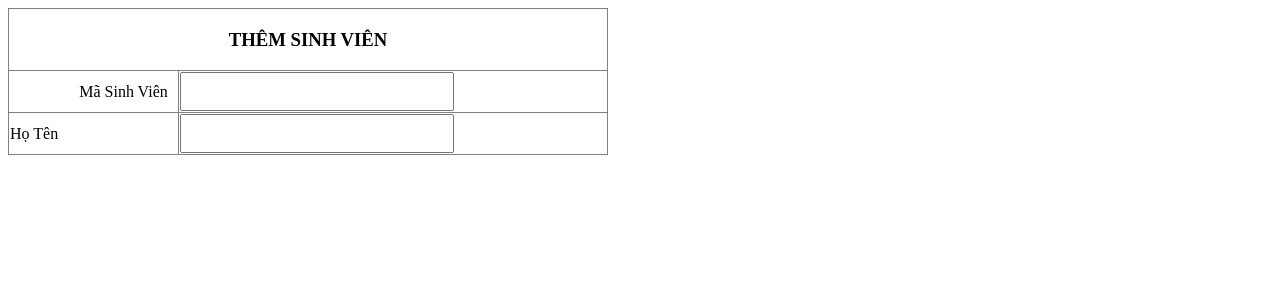
Repository: Tan-Khang21/TH_TKW--Buoi_04
Page: Bai_Tap_Mau/Bai_04/Bai_04.html
These files come from the project's save history. The page is drawn as it stood at one moment and after the next save; the edit follows.
The browser window is 1280 px wide. The pictures show the whole page.

Above is the page before, as saved 2024-03-06 09:40:53.

After the next save:
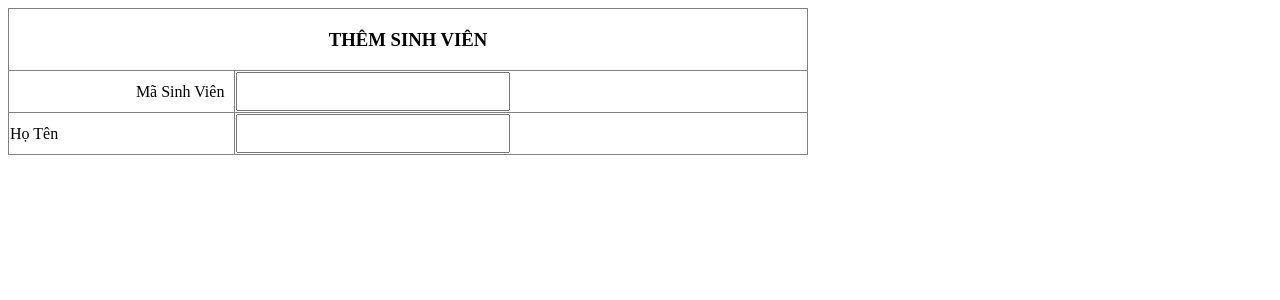
Saved 13 s later.
--- a/Bai_Tap_Mau/Bai_04/Bai_04.html
+++ b/Bai_Tap_Mau/Bai_04/Bai_04.html
@@ -6,7 +6,7 @@
     <title>Document</title>
 </head>
 <body>
-    <table border="1px" style="width: 600px; border-collapse: collapse;">
+    <table border="1px" style="width: 800px; border-collapse: collapse;">
         <tr>
             <th colspan="3" ><h3>THÊM SINH VIÊN</h3></th>
         </tr>
